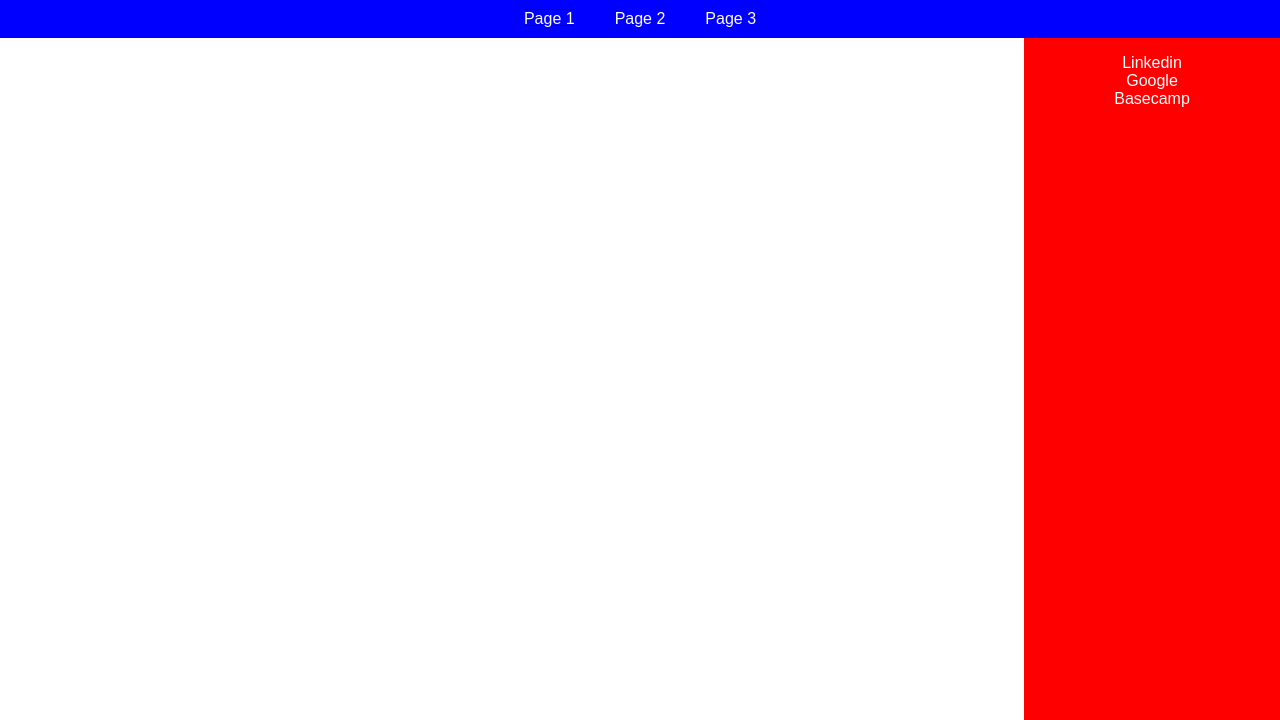
Repository: rishondass/ITMD361-Lab6
Page: index.html
The author's editor kept a copy of each file at every save. The page is drawn from the files as they stood at one save, then again after a run of saves.
The browser window is 1280 px wide. The pictures show the whole page.

Above is the page before, as saved 2023-03-07 20:31:44.

### index.html
<!doctype html>
<html lang="en">
  <head>
    <meta charset="utf-8">
    <title>My Centered Navigation</title>
    <link rel="stylesheet" href="css/style.css">
    <link rel="stylesheet" type="text/css" href="css/normalize.css">
    <link rel="icon" href="http://web.iit.edu/sites/web/themes/iit_web/favicon.ico">
  </head>
  <body>
    <header>
      <nav id="main-navbar">
        <div id="navbar-container">
          <ul>
            <li id="onpage"><a href="#">Page 1</a></li>
            <li><a href="page2.html">Page 2</a></li>
            <li><a href="page3.html">Page 3</a></li>
          </ul>
        </div>
      </nav>
    </header>
    <div id="sidebar">
      <div id="sidebar-container">
        <ul>
          <li><a href="https://www.linkedin.com/">Linkedin</a></li>
          <li><a href="https://www.google.com/">Google</a></li>
          <li><a href="https://basecamp.com/">Basecamp</a></li>
        </ul>
      </div>
    </div>
  </body>
</html>

### css/style.css
#sidebar{
    background-color: red;
    position: fixed;
    width: 20%;
    height: 100%;
    right: 0%;
}

#sidebar ul{
    text-align: center;
    padding: 0;
}

#sidebar li{
    list-style-type: none;
}

#sidebar a{
    display: block;
    text-decoration: none;
    color: white;
}




















#onpage{
    text-decoration: underline overline;
}

#main-navbar{
    background-color:blue;
    overflow: hidden;
}

#navbar-container{
    width: 100%;
    float: left;
    position: relative;
}

#main-navbar ul{
    list-style-type: none;
    position: relative;
    float: left;
    left: 50%;
    margin: 0;
    padding: 0;
}

#main-navbar li {
    float: left;
    right: 50%;
    position: relative;
}

#main-navbar a {
    display: block;
    padding: 10px 20px;
    text-decoration: none;
    color: #fff;
}

#main-navbar a:hover{
    background-color: #000
}

Loaded but not shown: css/normalize.css (library)

After the next 2 saves:
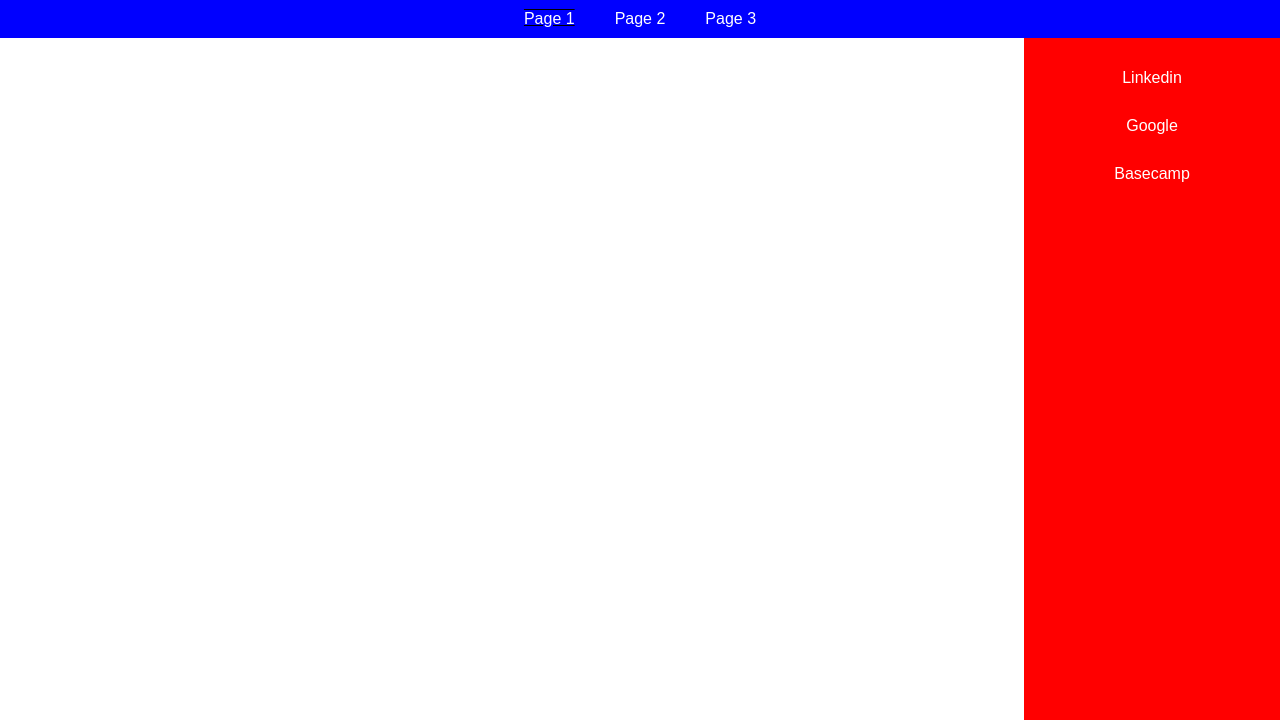
The 2 saves are shown as one change because they came seconds apart.
The last was saved 16 s later.
--- a/css/style.css
+++ b/css/style.css
@@ -19,6 +19,7 @@
     display: block;
     text-decoration: none;
     color: white;
+    padding: 15px 0;
 }
 
 
